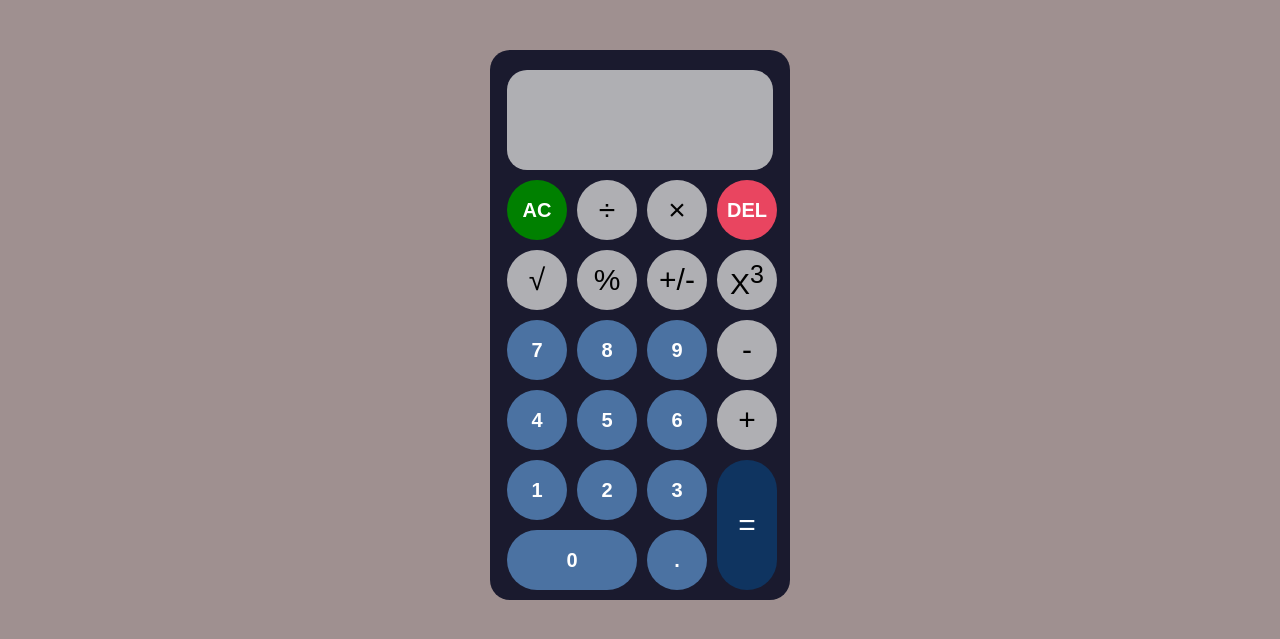
Repository: MikkyPrestige/js-calculator
Page: index.html
An editor plug-in stored every save of this project. The page is shown before and after the next save, followed by the edit.
The browser window is 1280 px wide. The pictures show the whole page.

Above is the page before, as saved 2023-05-08 02:10:20.

### index.html
<!DOCTYPE html>
<html lang="en">

<head>
  <meta charset="UTF-8">
  <meta http-equiv="X-UA-Compatible" content="IE=edge">
  <meta name="viewport" content="width=device-width, initial-scale=1.0">
  <title>JavaScript Calculator</title>
  <link rel="stylesheet" href="./index.css">
  <!-- <script src="script.js" defer></script> -->
</head>

<body>
  <main>
    <section class="calculator">
      <div class="output">
        <div class="output--curr"></div>
        <div class="output--prev"></div>
      </div>
      <div class="btns">
        <button class="btn clear">AC</button>
        <button class="btn del">DEL</button>
        <button class="btn op divide">÷</button>
        <button class="btn op multiply">×</button>
        <button class="btn op minus">-</button>
        <button class="btn op plus">+</button>
        <button class="btn op mod">%</button>
        <button class="btn op plusMinus">+/-</button>
        <button class="btn op square">√</button>
        <button class="btn op cube">X<sup>3</sup></button>
        <button class="btn equalTo">=</button>
        <button class="btn num seven">7</button>
        <button class="btn num eight">8</button>
        <button class="btn num nine">9</button>
        <button class="btn num four">4</button>
        <button class="btn num five">5</button>
        <button class="btn num six">6</button>
        <button class="btn num one">1</button>
        <button class="btn num two">2</button>
        <button class="btn num three">3</button>
        <button class="btn num zero">0</button>
        <button class="btn num dot">.</button>
      </div>
    </section>
  </main>
</body>

</html>

### index.css
*,
*::before,
*::after {
  box-sizing: border-box;
  margin: 0;
  padding: 0;
}

html {
  font-size: 62.5%;
}

body {
  font-family: 'Inter', sans-serif;
  font-size: 1.6rem;
  font-weight: 400;
  line-height: 1.5;
  background: #9F9090;
  min-height: 100%;
  width: 100%;
}

main {
  background: rgba(26, 26, 46, 1);
  width: 100%;
  max-width: 30rem;
  height: 100%;
  margin: 5rem auto;
  padding: 1rem;
  border-radius: 2rem;
  -webkit-border-radius: 2rem;
  -moz-border-radius: 2rem;
  -ms-border-radius: 2rem;
  -o-border-radius: 2rem;
}

.calculator {
  display: flex;
  flex-direction: column;
  justify-content: space-between;
  align-items: center;
  width: 100%;
  height: 100%;
}

.output {
  background: #AFAFB3;
  width: 95%;
  height: 10rem;
  border-radius: 2rem;
  -webkit-border-radius: 2rem;
  -moz-border-radius: 2rem;
  -ms-border-radius: 2rem;
  -o-border-radius: 2rem;
  display: flex;
  flex-direction: column;
  justify-content: space-around;
  align-items: flex-end;
  padding: 1rem;
  margin: 1rem 0;
}

.output--curr {
  font-size: 2.5rem;
  font-weight: 700;
  color: #000;
  border-bottom: 0.2rem solid rgba(0, 0, 0, 0.2);
  padding-bottom: .5rem;
}

.output--prev {
  font-size: 1.5rem;
  font-weight: 400;
  color: rgba(0, 0, 0, 0.5);
}

.btns {
  display: grid;
  grid-template-columns: repeat(4, 1fr);
  grid-gap: 1rem;
  grid-template-areas:
    "clear divide multiply del"
    "square mod plusMinus cube"
    "seven eight nine minus"
    "four five six plus"
    "one two three equalTo"
    "zero zero dot equalTo";
  width: 95%;
  height: 100%;
}

.btn {
  border-radius: 50%;
  -webkit-border-radius: 50%;
  -moz-border-radius: 50%;
  -ms-border-radius: 50%;
  -o-border-radius: 50%;
  border: none;
  outline: none;
  font-size: 2rem;
  font-weight: 700;
  padding: 1rem;
  color: #FFFFFF;
  cursor: pointer;
  transition: all 0.2s ease-in-out;
  -webkit-transition: all 0.2s ease-in-out;
  -moz-transition: all 0.2s ease-in-out;
  -ms-transition: all 0.2s ease-in-out;
  -o-transition: all 0.2s ease-in-out;
  width: 6rem;
  height: 6rem;
}

.op {
  background: rgba(217, 217, 217, 0.78);
  color: #000;
  font-size: 3rem;
  font-weight: 300;
}

.op:hover {
  background: #000000;
  color: rgba(217, 217, 217, 0.78);
}

.num {
  background: #4B72A2;
}

.num:hover {
  background: rgba(217, 217, 217, 0.78);
  color: #4B72A2;
}

.clear {
  background: #008000;
  grid-area: clear;
}

.clear:hover {
  background: rgba(217, 217, 217, 0.78);
  color: #008000;
}

.del {
  background: #E94560;
  grid-area: del;
}

.del:hover {
  background: rgba(217, 217, 217, 0.78);
  color: #E94560;
}

.divide {
  grid-area: divide;
}

.multiply {
  grid-area: multiply;
}

.square {
  grid-area: square;
}

.mod {
  grid-area: mod;
}

.plusMinus {
  grid-area: plusMinus;
}

.cube {
  grid-area: cube;
}

.minus {
  grid-area: minus;
}

.plus {
  grid-area: plus;
}

.one {
  grid-area: one;
}

.two {
  grid-area: two;
}

.three {
  grid-area: three;
}

.four {
  grid-area: four;
}

.five {
  grid-area: five;
}

.six {
  grid-area: six;
}

.seven {
  grid-area: seven;
}

.eight {
  grid-area: eight;
}

.nine {
  grid-area: nine;
}

.zero {
  grid-area: zero;
  border-radius: 3rem;
  -webkit-border-radius: 3rem;
  -moz-border-radius: 3rem;
  -ms-border-radius: 3rem;
  -o-border-radius: 3rem;
  width: unset;
  height: unset;
}

.dot {
  grid-area: dot;
}

.equalTo {
  grid-area: equalTo;
  background: #0F3460;
  font-size: 3rem;
  font-weight: 300;
  border-radius: 3rem;
  -webkit-border-radius: 3rem;
  -moz-border-radius: 3rem;
  -ms-border-radius: 3rem;
  -o-border-radius: 3rem;
  width: unset;
  height: unset;
}

.equalTo:hover {
  background: rgba(217, 217, 217, 0.78);
  color: #0F3460;
}

.btn:hover {
  transform: scale(1.1);
  -webkit-transform: scale(1.1);
  -moz-transform: scale(1.1);
  -ms-transform: scale(1.1);
  -o-transform: scale(1.1);
}

.btn:active {
  transform: scale(0.9);
  -webkit-transform: scale(0.9);
  -moz-transform: scale(0.9);
  -ms-transform: scale(0.9);
  -o-transform: scale(0.9);
}

After the next save:
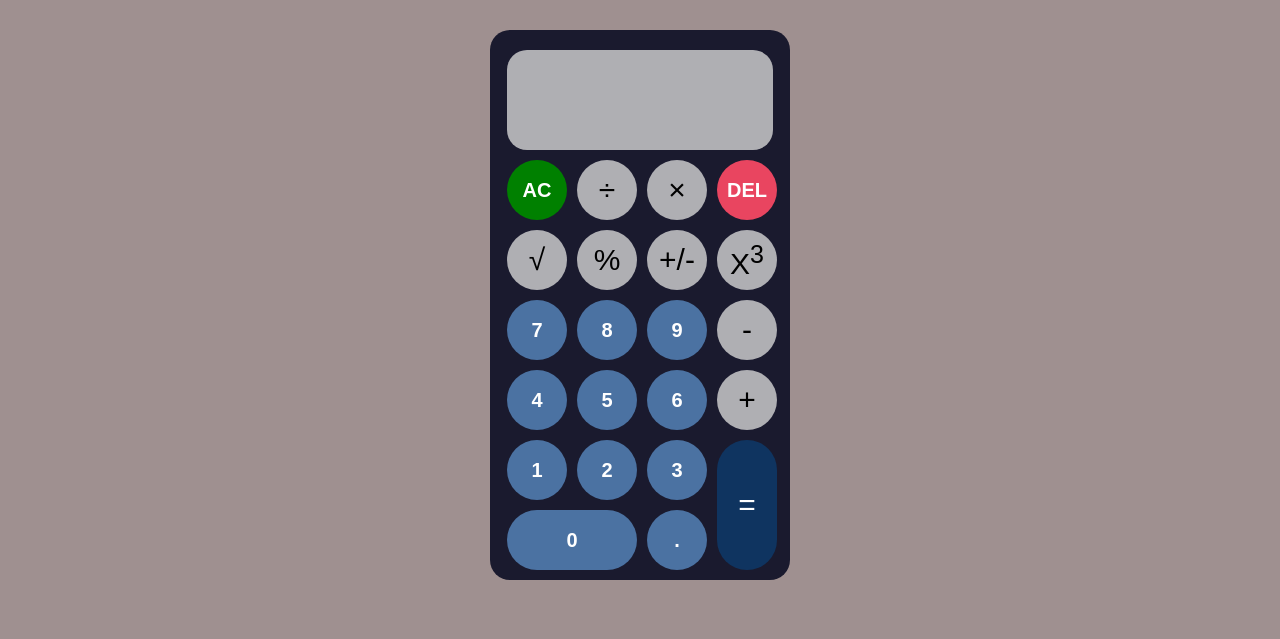
Saved 32 s later.
--- a/index.css
+++ b/index.css
@@ -25,7 +25,7 @@ main {
   width: 100%;
   max-width: 30rem;
   height: 100%;
-  margin: 5rem auto;
+  margin: 3rem auto;
   padding: 1rem;
   border-radius: 2rem;
   -webkit-border-radius: 2rem;
